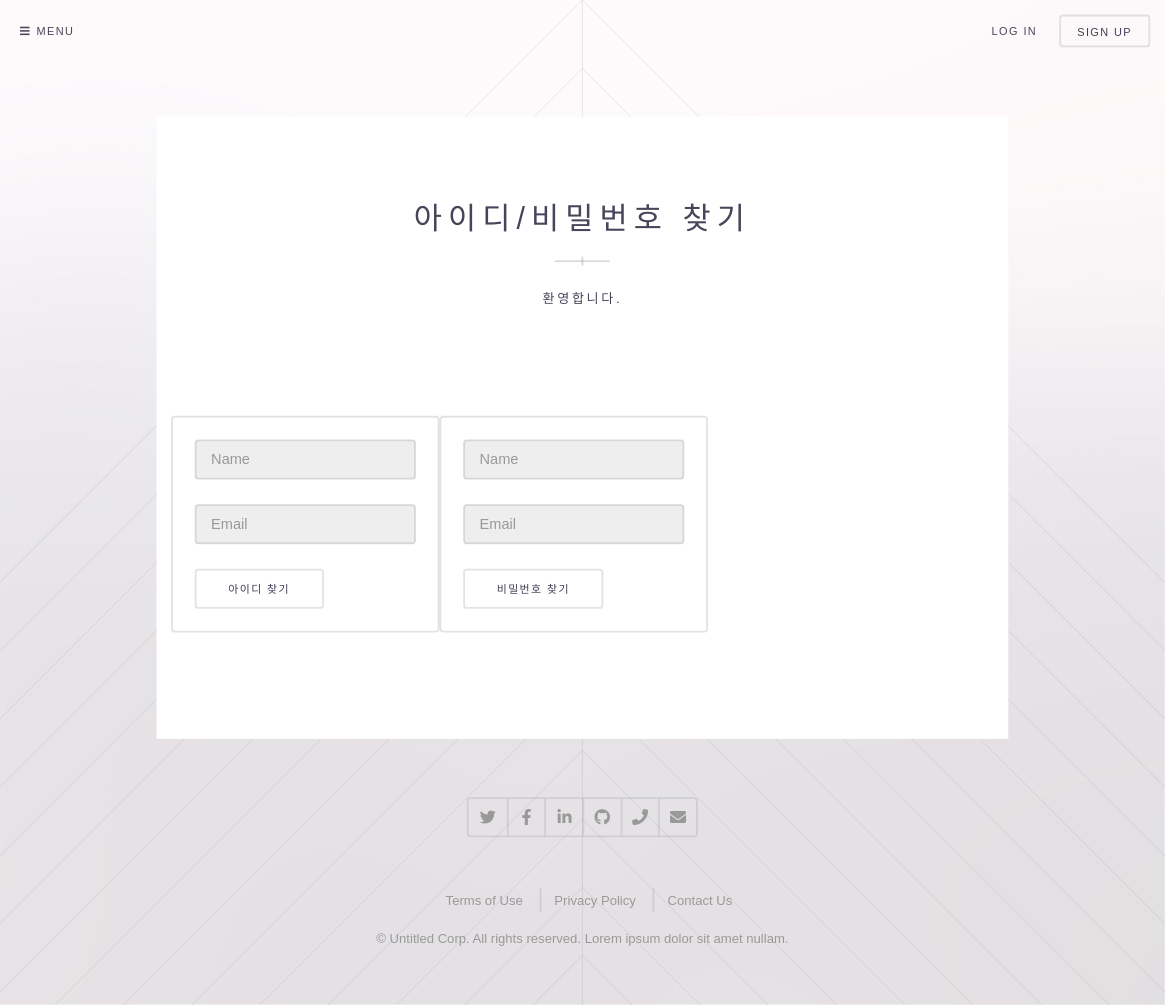
Repository: WKMoon/JavaScript-Project
Page: myFront/WebContent/find.html
The author's editor kept a copy of each file at every save. The page is drawn from the files as they stood at one save, then again after the next save.
The browser window is 1280 px wide. The pictures show the whole page, at 91% of full size.
Some web fonts or font styles are not loaded; a fallback is used.

Above is the page before, as saved 2021-02-25 08:09:58.

### myFront/WebContent/find.html
<!DOCTYPE html>
<html>
<head>
<meta charset="UTF-8">
<meta name="viewport" content="width=device-width, initial-scale=1, user-scalable=no" />
<link rel="stylesheet" href="assets/css/main.css" />
<title>아이디/비밀번호 찾기</title>
</head>
	<body class="is-preload">

		<!-- Header -->
			<header id="header">
				<a href="#menu">Menu</a>
				<a href="login.html">Log In</a>
				<a href="signup.html" class="button">Sign Up</a>
			</header>

		<!-- Nav -->
			<nav id="menu">
				<ul class="links">
					<li><a href="index.html">Home</a></li>
					<li><a href="generic.html">Generic</a></li>
					<li><a href="elements.html">Elements</a></li>
				</ul>
				<ul class="actions stacked">
					<li><a href="login.html" class="button primary fit">Log In</a></li>
					<li><a href="signup.html" class="button fit">Sign Up</a></li>
				</ul>
			</nav>


		<!-- Main -->
			<section id="main" class="wrapper style1">
				<div class="inner">

					<!-- Title -->
						<header class="major special">
							<h1>아이디/비밀번호 찾기</h1>
							<p>환영합니다.</p>
						</header>

					<!-- Content -->
						<div class="content">
							<form method="post" action="#">
											<div class="row">

												<div class="box" style="display:inline">
													<div class="col-6 col-12-xsmall">
														<input type="text" name="name" id="name" value="" placeholder="Name" />
													</div>
													<div class="col-6 col-12-xsmall">
														<input type="email" name="email" id="email" value="" placeholder="Email" />
													</div>
													<button>아이디 찾기</button>

												</div>

													<div class="box">
														<div class="col-6 col-12-xsmall">
															<input type="text" name="name" id="name" value="" placeholder="Name" />
														</div>
														<div class="col-6 col-12-xsmall">
															<input type="email" name="email" id="email" value="" placeholder="Email" />
														</div>
														<button>비밀번호 찾기</button>
													</div>
											</div>
										</form>
						</div>

				</div>
			</section>

		<!-- Footer -->
			<footer id="footer">
				<ul class="alt-icons">
					<li><a href="#" class="icon brands fa-twitter"><span class="label">Twitter</span></a></li>
					<li><a href="#" class="icon brands fa-facebook-f"><span class="label">Facebook</span></a></li>
					<li><a href="#" class="icon brands fa-linkedin-in"><span class="label">LinkedIn</span></a></li>
					<li><a href="#" class="icon brands fa-github"><span class="label">GitHub</span></a></li>
					<li><a href="#" class="icon solid fa-phone"><span class="label">Phone</span></a></li>
					<li><a href="#" class="icon solid fa-envelope"><span class="label">Email</span></a></li>
				</ul>
				<ul class="menu">
					<li><a href="#">Terms of Use</a></li>
					<li><a href="#">Privacy Policy</a></li>
					<li><a href="#">Contact Us</a></li>
				</ul>
				<p class="copyright">
					&copy; Untitled Corp. All rights reserved. Lorem ipsum dolor sit amet nullam.
				</p>
			</footer>

		<!-- Scripts -->
			<script src="assets/js/jquery.min.js"></script>
			<script src="assets/js/jquery.scrolly.min.js"></script>
			<script src="assets/js/jquery.scrollex.min.js"></script>
			<script src="assets/js/browser.min.js"></script>
			<script src="assets/js/breakpoints.min.js"></script>
			<script src="assets/js/util.js"></script>
			<script src="assets/js/main.js"></script>

	</body>
</html>

Loaded but not shown: myFront/WebContent/assets/js/jquery.min.js (library); myFront/WebContent/assets/js/jquery.scrolly.min.js (common file); myFront/WebContent/assets/js/jquery.scrollex.min.js (common file); myFront/WebContent/assets/js/browser.min.js (common file); myFront/WebContent/assets/js/breakpoints.min.js (common file); myFront/WebContent/assets/css/fontawesome-all.min.css (library); myFront/WebContent/assets/js/util.js (587 lines, source omitted); myFront/WebContent/assets/js/main.js (57 lines, source omitted); myFront/WebContent/assets/css/main.css (4487 lines, source omitted)

After the next save:
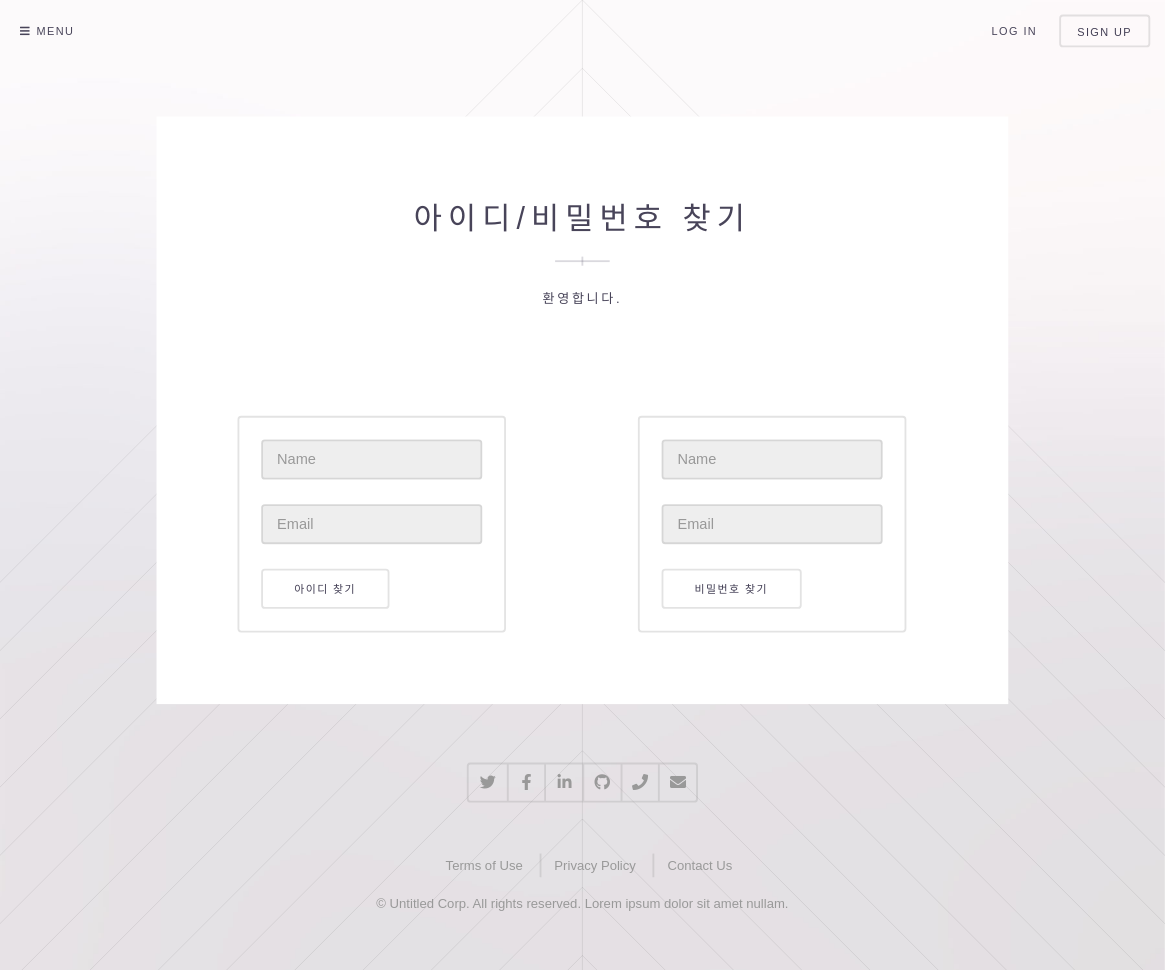
Saved 64 s later.
--- a/myFront/WebContent/find.html
+++ b/myFront/WebContent/find.html
@@ -44,7 +44,7 @@
 							<form method="post" action="#">
 											<div class="row">
 
-												<div class="box" style="display:inline">
+												<div class="box" style="margin:0 auto;">
 													<div class="col-6 col-12-xsmall">
 														<input type="text" name="name" id="name" value="" placeholder="Name" />
 													</div>
@@ -55,7 +55,7 @@
 
 												</div>
 
-													<div class="box">
+													<div class="box" style="margin:0 auto;">
 														<div class="col-6 col-12-xsmall">
 															<input type="text" name="name" id="name" value="" placeholder="Name" />
 														</div>
